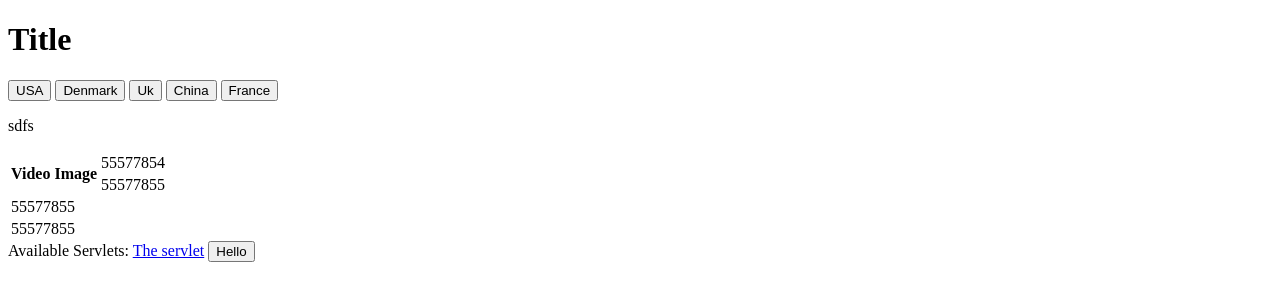
Repository: isauraAlmar/App-Engine-and-Internationalization-with-Java
Page: http://localhost/Marven/
These files come from the project's save history. The page is drawn as it stood at one moment and after the next save; the edit follows.
The browser window is 1280 px wide. The pictures show the whole page.
Some web fonts or font styles are not loaded; a fallback is used. The page is served by Tomcat 9. Other server files are loaded and not shown.

Above is the page before, as saved 2017-05-04 10:54:24.

### Marven/src/main/webapp/index.jsp
<!DOCTYPE html>
<%@ page contentType="text/html;charset=UTF-8" language="java" %>
<%@ page import="com.exemple.HelloInfo" %>
<!-- [START_EXCLUDE] -->
<%--
  ~ Copyright (c) 2016 Google Inc. All Rights Reserved.
  ~
  ~ Licensed under the Apache License, Version 2.0 (the "License"); you
  ~ may not use this file except in compliance with the License. You may
  ~ obtain a copy of the License at
  ~
  ~     http://www.apache.org/licenses/LICENSE-2.0
  ~
  ~ Unless required by applicable law or agreed to in writing, software
  ~ distributed under the License is distributed on an "AS IS" BASIS,
  ~ WITHOUT WARRANTIES OR CONDITIONS OF ANY KIND, either express or
  ~ implied. See the License for the specific language governing
  ~ permissions and limitations under the License.
  --%>
<!-- [END_EXCLUDE] -->
<html>
<head>
  <link href='//fonts.googleapis.com/css?family=Marmelad' rel='stylesheet' type='text/css'>
  <title>Hello App Engine Standard</title>
</head>
<body>

    <h1> Title </h1>

    <button >USA</button>
    <button >Denmark</button>
	<button >Uk</button>
	<button >China</button>
	<button >France</button>

 <p>sdfs</p>
 <table>
  <tr>
    <th rowspan="2">Video Image</th>
    <td>55577854</td>
  </tr>
  <tr>
    <td>55577855</td>
  </tr>
  <tr>
    <td>55577855</td>
  </tr>
  <tr>
    <td>55577855</td>
  </tr>

</table>

    <tr>
      <td colspan="2" style="font-weight:bold;">Available Servlets:</td>
    </tr>
    <tr>
      <td><a href='/hello'>The servlet</a></td>
    </tr>
  </table>
  <button >Hello</button>


</body>
</html>

After the next save:
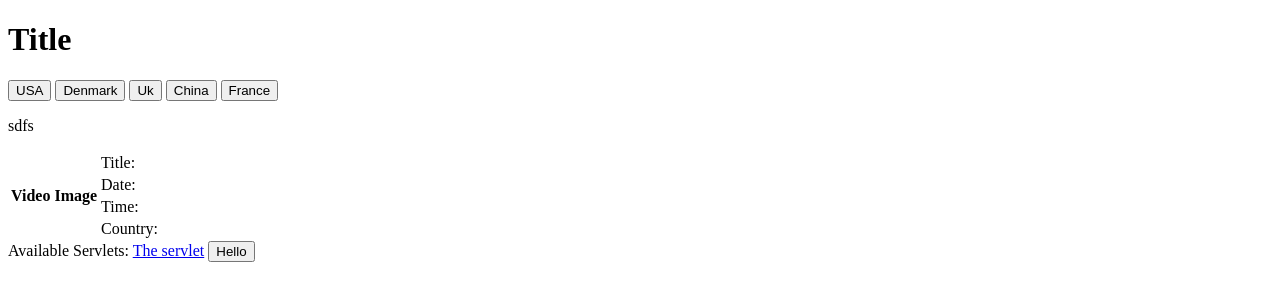
Saved 60 s later.
--- a/Marven/src/main/webapp/index.jsp
+++ b/Marven/src/main/webapp/index.jsp
@@ -36,17 +36,17 @@
  <p>sdfs</p>
  <table>
   <tr>
-    <th rowspan="2">Video Image</th>
-    <td>55577854</td>
+    <th rowspan="4">Video Image</th>
+    <td>Title:</td>
   </tr>
   <tr>
-    <td>55577855</td>
+    <td>Date:</td>
   </tr>
   <tr>
-    <td>55577855</td>
+    <td>Time:</td>
   </tr>
   <tr>
-    <td>55577855</td>
+    <td>Country:</td>
   </tr>
 
 </table>
